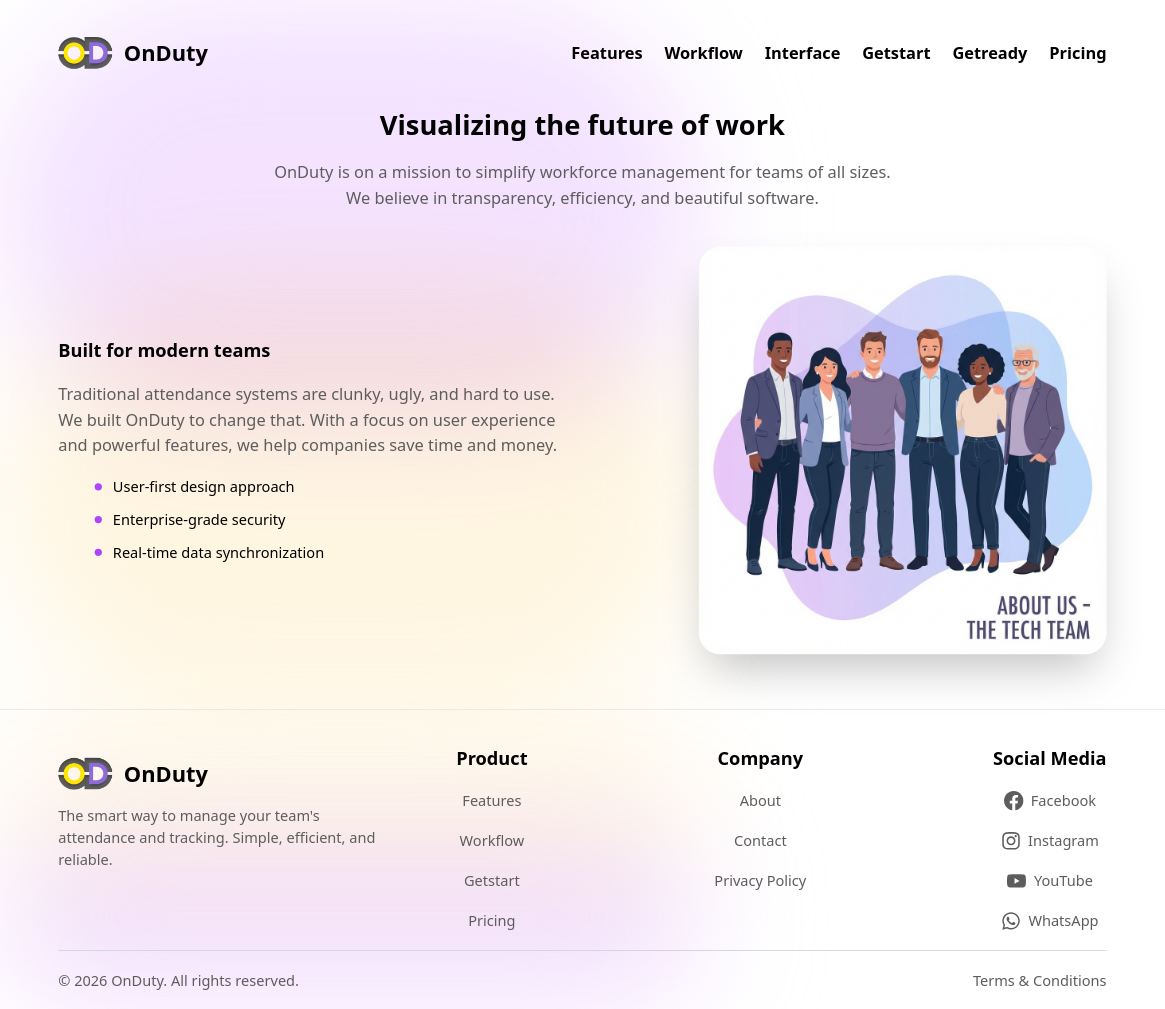
Repository: shekharzorin/ONDUTY-V1
Page: /about
An editor plug-in stored every save of this project. The page is shown before and after the next save, followed by the edit.
The browser window is 1280 px wide. The pictures show the whole page, at 91% of full size.
The project was rebuilt for these pictures with package versions that can differ from the ones it lists, and the page was loaded fresh each time. The framework's server and built-in components were replaced by stand-ins that run in the browser. Also part of the build but not shown: next.config.mjs, vite.config.js, app/components/ui/Crossicon.tsx.

Above is the page before, as saved 2026-01-17 16:48:37.

### app/layout.tsx
import type { Metadata } from "next";
import { Geist, Geist_Mono } from "next/font/google";
import "./globals.css";
import Navbar from "./components/header/Navbar";

const geistSans = Geist({
  variable: "--font-geist-sans",
  subsets: ["latin"],
});

const geistMono = Geist_Mono({
  variable: "--font-geist-mono",
  subsets: ["latin"],
});

export const metadata: Metadata = {
  title: "Create Next App",
  description: "Generated by create next app",
};

export default function RootLayout({
  children,
}: Readonly<{
  children: React.ReactNode;
}>) {
  return (
    <html lang="en">
      <body
        className={`${geistSans.variable} ${geistMono.variable} antialiased`}
      >
        <Navbar />
        {children}
      </body>
    </html>
  );
}

### app/about/page.tsx
import Footer from "../components/footer/footer";
import About from "../components/sections/about";

const page = () => {
  return (
    <div className="flex flex-col items-center justify-center">
      <About />
      <Footer />
    </div>
  );
};

export default page;

### app/globals.css
@import "tailwindcss";

:root {
  --color-primary: #8d6bdc;
  --color-secondary: #e0d4ff;
  --color-bg: #efefef;
  --color-sidebar: #ffffff;
  --color-gray: #5d5d5d;
}

html {
  scroll-behavior: smooth;
}




.flip-card {
  perspective: 1000px;
}

.flip-card-inner {
  transform-style: preserve-3d;
}

.flip-card-front,
.flip-card-back {
  position: absolute;
  width:auto;
  height:auto;
  backface-visibility: hidden;
}

.flip-card-back {
  transform: rotateY(180deg);
}

### app/components/header/Navbar.tsx
"use client";

import Logo from "@/public/images/od_logo.png";
import Image from "next/image";
import Link from "next/link";
import { usePathname } from "next/navigation";
import { useEffect, useState } from "react";
import { MdMenu } from "react-icons/md";
import { motion, AnimatePresence } from "framer-motion";
import { useRouter } from "next/navigation";
import Crossicon from "../ui/Crossicon";

export const navLinks = [
  { name: "Features", id: "features" },
  { name: "Workflow", id: "workflow" },
  { name: "Interface", id: "interface" },
  { name: "Getstart", id: "getstart" },
  { name: "Getready", id: "getready" },
  { name: "Pricing", path: "/pricing/" },
];

const Navbar = () => {
  const pathname = usePathname();
  const [isScrolled, setIsScrolled] = useState(false);
  const [isNavOpen, setIsNavOpen] = useState(false);
  const router = useRouter();
  const [activeSection, setActiveSection] = useState<string | null>(null);

  const handleScrollNav = (id: string) => {
    setActiveSection(id);
    router.push(`/#${id}`);
  };

  useEffect(() => {
    if (pathname !== "/") {
      setActiveSection(null);
    }
  }, [pathname]);

  useEffect(() => {
    if (pathname !== "/") return;
    const hash = window.location.hash.replace("#", "");
    if (hash) {
      setActiveSection(hash);
    } else {
      setActiveSection("features");
    }
  }, [pathname]);

  useEffect(() => {
    const handleScroll = () => setIsScrolled(window.scrollY > 20);
    window.addEventListener("scroll", handleScroll);
    return () => window.removeEventListener("scroll", handleScroll);
  }, []);

  useEffect(() => {
    if (isNavOpen) {
      document.body.style.overflow = "hidden";
    } else {
      document.body.style.overflow = "";
    }
    return () => {
      document.body.style.overflow = "";
    };
  }, [isNavOpen]);

  useEffect(() => {
    if (pathname !== "/") return;

    const sections = [
      "features",
      "workflow",
      "interface",
      "getready",
      "getstart",
    ];
    let locked = true;

    const unlock = () => (locked = false);
    window.addEventListener("scroll", unlock, { once: true });

    const observer = new IntersectionObserver(
      (entries) => {
        if (locked) return;

        entries.forEach((entry) => {
          if (entry.isIntersecting) {
            const id = entry.target.id;

            // 1️⃣ Update active state
            setActiveSection(id);

            // 2️⃣ Update URL hash WITHOUT navigation
            router.replace(`/#${id}`, { scroll: false });
          }
        });
      },
      {
        rootMargin: "-45% 0px -45% 0px",
        threshold: 0,
      }
    );

    sections.forEach((id) => {
      const el = document.getElementById(id);
      if (el) observer.observe(el);
    });

    return () => observer.disconnect();
  }, [pathname, router]);

  return (
    <header
      className={`fixed top-0 left-0 right-0 z-50 border-b transition-all ${
        isScrolled
          ? "bg-transparent backdrop-blur-md border-white shadow-lg py-0"
          : "bg-transparent border-transparent py-5"
      }`}
    >
      <div className="mx-auto w-full px-4 sm:px-6 md:px-8 lg:px-12 xl:px-16 2xl:px-24 max-w-384 py-2 flex items-center justify-between">
        <div className="flex gap-2 lg:gap-3 items-center">
          <Image
            src={Logo}
            alt="Onduty Logo"
            height={60}
            width={60}
            className="flex h-10 w-10 md:h-12 md:w-12 lg:h-15 lg:w-15"
          />
          <h1 className="text-2xl lg:text-2xl font-bold">OnDuty</h1>
        </div>

        {/* Desktop Navbar */}
        <nav className="hidden lg:flex gap-6">
          {navLinks.map((item) => {
            // SCROLL ITEM
            if (item.id) {
              return (
                <button
                  key={item.id}
                  onClick={() => handleScrollNav(item.id)}
                  className={`relative lg:font-semibold xl:font-bold text-lg transition-colors duration-300
                    after:absolute after:left-0 after:-bottom-1 after:h-1
                    after:rounded-full after:bg-(--color-primary)
                    after:transition-all after:duration-300
                    ${
                      activeSection === item.id && pathname === "/"
                        ? "text-(--color-primary)"
                        : "after:w-0 hover:after:w-full"
                    }
                  `}
                >
                  {item.name}
                </button>
              );
            }

            // ROUTE ITEM
            const isActive = pathname === item.path;

            return (
              <Link
                key={item.path}
                href={item.path!}
                className={`relative lg:font-semibold xl:font-bold text-lg transition-colors duration-300
                  after:absolute after:left-0 after:-bottom-1 after:h-1
                  after:rounded-full after:bg-(--color-primary)
                  after:transition-all after:duration-300
                  ${
                    isActive
                      ? "text-(--color-primary)"
                      : "after:w-0 hover:after:w-full"
                  }
                `}
              >
                {item.name}
              </Link>
            );
          })}
        </nav>

        <div className="lg:hidden gap-3">
          <div
            onClick={() => setIsNavOpen(true)}
            className="flex p-1 lg:hidden bg-(--color-secondary) rounded-full border-white border justify-center items-center"
          >
            <MdMenu size={28} className="opacity-10 animate-pulse" />
          </div>

          <AnimatePresence>
            {isNavOpen && (
              <motion.div
                className="fixed inset-0 backdrop-blur-sm bg-black/30 flex justify-end h-screen"
                initial={{ opacity: 0 }}
                animate={{ opacity: 1 }}
                exit={{ opacity: 1 }}
                transition={{ duration: 0.6 }}
              >
                {/* Drawer */}
                <motion.div
                  className="relative w-[70%] md:w-[60%] bg-(--color-sidebar) h-full flex items-center"
                  initial={{ x: "100%" }}
                  animate={{ x: 0 }}
                  exit={{ x: "100%" }}
                  onClick={(e: any) => e.stopPropagation()}
                  transition={{
                    duration: 0.35,
                    ease: "easeInOut",
                  }}
                >
                  {/* Close button */}
                  <div className="flex absolute top-7.25 right-4 md:right-8 lg:hidden z-20 ">
                    <Crossicon onClick={() => setIsNavOpen(false)} />
                  </div>

                  {/* Mobile Navbar */}
                  <nav className="flex flex-col gap-10 p-10 mt-10 w-full">
                    {navLinks.map((item) => {
                      if (item.id) {
                        return (
                          <button
                            key={item.id}
                            onClick={() => {
                              handleScrollNav(item.id);
                              setIsNavOpen(false);
                            }}
                            className={`py-2 w-full relative text-lg font-semibold md:font-bold text-left transition-colors
                              ${
                                activeSection === item.id && pathname === "/"
                                  ? "text-(--color-primary)"
                                  : "text-black/80 hover:text-(--color-primary)"
                              }
                            `}
                          >
                            {item.name}
                          </button>
                        );
                      }

                      const isActive = pathname === item.path;

                      return (
                        <Link
                          key={item.path}
                          href={item.path!}
                          onClick={() => setIsNavOpen(false)}
                          className={`relative text-lg font-semibold md:font-bold py-2
                            ${isActive ? "text-(--color-primary)" : ""}
                          `}
                        >
                          {item.name}
                        </Link>
                      );
                    })}
                  </nav>
                </motion.div>
              </motion.div>
            )}
          </AnimatePresence>
        </div>
      </div>
    </header>
  );
};

export default Navbar;

### app/components/footer/footer.tsx
import Image from "next/image";
import Logo from "@/public/images/od_logo.png";
import Link from "next/link";
import { FaFacebook, FaInstagram, FaWhatsapp, FaYoutube } from "react-icons/fa";
import { ReactNode } from "react";

type FooterLink = {
  label: string;
  href: string;
  external?: boolean;
  icon?: ReactNode;
};

type FooterSection = {
  title: string;
  links: FooterLink[];
};

const footerLinks: FooterSection[] = [
  {
    title: "Product",
    links: [
      { label: "Features", href: "/#features" },
      { label: "Workflow", href: "/#workflow" },
      { label: "Getstart", href: "/#getstart" },
      { label: "Pricing", href: "/pricing/" },
    ],
  },
  {
    title: "Company",
    links: [
      { label: "About", href: "/about" },
      { label: "Contact", href: "/contact" },
      { label: "Privacy Policy", href: "/privacy&policy" },
    ],
  },
  {
    title: "Social Media",
    links: [
      {
        label: "Facebook",
        href: "https://www.facebook.com",
        external: true,
        icon: <FaFacebook size={22} />,
      },
      {
        label: "Instagram",
        href: "https://www.instagram.com",
        external: true,
        icon: <FaInstagram size={22} />,
      },
      {
        label: "YouTube",
        href: "https://www.youtube.com",
        external: true,
        icon: <FaYoutube size={22} />,
      },
      {
        label: "WhatsApp",
        href: "https://www.whatsapp.com",
        external: true,
        icon: <FaWhatsapp size={22} />,
      },
    ],
  },
];

const Footer = () => {
  return (
    <section
      id="footer"
      className="relative px-4 sm:px-6 md:px-8 lg:px-12 xl:px-16 2xl:px-24 max-w-384 w-full border-t border-gray-200"
    >
      {/* Background flare */}
      <div className="absolute top-0 left-1/2 -translate-x-1/2 w-full h-full max-w-7xl pointer-events-none -z-10">
        <div className="absolute bottom-0 w-[60%] h-[60%] bg-[#eccfff] rounded-full blur-3xl opacity-60 mix-blend-multiply filter" />
        <div className="absolute top-0 w-[60%] h-[60%] bg-[#fff4da] rounded-full blur-3xl opacity-60 mix-blend-multiply filter" />
      </div>

      <div className="flex flex-col pt-3 lg:pt-10 lg:flex-row lg:justify-between gap-5 lg:gap-20">
        <div className="flex flex-col gap-1 w-full lg:w-[50%]">
          <div className="flex gap-2 lg:gap-3 items-center">
            <Image
              src={Logo}
              alt="Onduty Logo"
              height={60}
              width={60}
              className="flex h-10 w-10 md:h-12 md:w-12 lg:h-15 lg:w-15"
            />
            <h1 className="text-2xl lg:text-2xl font-bold">OnDuty</h1>
          </div>
          <p className="text-(--color-gray)">
            The smart way to manage your team's attendance and tracking. Simple,
            efficient, and reliable.
          </p>
        </div>

        <div className="flex flex-wrap text-(--color-gray) justify-between w-full gap-5 lg:px-0 text-center">
          {footerLinks.map((section) => (
            <div key={section.title} className="flex flex-col gap-5">
              <p className="text-black text-lg lg:text-xl font-semibold">
                {section.title}
              </p>

              {section.links.map((link) => (
                <Link
                  key={link.label}
                  href={link.href}
                  target={link.external === true ? "_blank" : undefined}
                  rel={
                    link.external === true ? "noopener noreferrer" : undefined
                  }
                  className="hover:text-(--color-primary) transition"
                >
                  <p className="flex items-center gap-2 justify-center">
                    {link.icon}
                    {link.label}
                  </p>
                </Link>
              ))}
            </div>
          ))}
        </div>
      </div>

      <hr className="text-gray-300 mt-5" />
      <div className="text-(--color-gray) flex flex-col md:flex-row md:justify-between gap-5 my-5">
        <p>© 2026 OnDuty. All rights reserved.</p>
        <Link href="#">
          <p>Terms & Conditions</p>
        </Link>
      </div>
    </section>
  );
};

export default Footer;

### app/components/sections/about.tsx
import team from "@/public/images/team.png";
import Image from "next/image";

const About = () => {
  return (
    <section className="relative px-4 sm:px-6 md:px-8 lg:px-12 xl:px-16 2xl:px-24 max-w-384 mx-auto">
      {/* Background flare */}
      <div className="absolute top-0 left-1/2 -translate-x-1/2 w-full h-full max-w-7xl pointer-events-none -z-10">
        <div className="absolute top-0 w-[60%] h-[60%] bg-[#eccfff] rounded-full blur-3xl opacity-60 mix-blend-multiply filter" />
        <div className="absolute bottom-0 w-[60%] h-[60%] bg-[#fff0cd] rounded-full blur-3xl opacity-60 mix-blend-multiply filter" />
      </div>

      <div className="flex flex-col gap-10 mb-15">
        <div className="flex flex-col items-center justify-center mt-30 text-center gap-5">
          <p className="text-2xl lg:text-3xl font-bold leading-[1.15]">
            Visualizing the future of work
          </p>
          <p className="md:text-lg text-(--color-gray)">
            OnDuty is on a mission to simplify workforce management for teams of
            all sizes. <br />
            We believe in transparency, efficiency, and beautiful software.
          </p>
        </div>

        <div className="flex flex-col lg:flex-row items-center justify-center lg:justify-between gap-10">
          <div className="flex flex-col gap-5 text-center lg:text-start">
            <p className="font-bold text-xl">Built for modern teams</p>

            <p className="text-balance md:text-lg text-(--color-gray)">
              Traditional attendance systems are clunky, ugly, and hard to use.
              We built OnDuty to change that. With a focus on user experience
              and powerful features, we help companies save time and money.
            </p>

            <div className="flex items-center justify-center lg:justify-start lg:pl-10">
              <ul className="space-y-3 flex flex-col items-start justify-center">
                <li className="flex items-start gap-3">
                  <span className="mt-2 w-2 h-2 rounded-full bg-purple-500"></span>
                  <span>User-first design approach</span>
                </li>

                <li className="flex items-start gap-3">
                  <span className="mt-2 w-2 h-2 rounded-full bg-purple-500"></span>
                  <span>Enterprise-grade security</span>
                </li>

                <li className="flex items-start gap-3">
                  <span className="mt-2 w-2 h-2 rounded-full bg-purple-500"></span>
                  <span>Real-time data synchronization</span>
                </li>
              </ul>
            </div>
          </div>

          <Image
            src={team}
            alt="Team Image"
            height={300}
            width={300}
            className="relative rounded-3xl shadow-2xl md:w-sm xl:w-md"
          />
        </div>
      </div>
    </section>
  );
};

export default About;

After the next save:
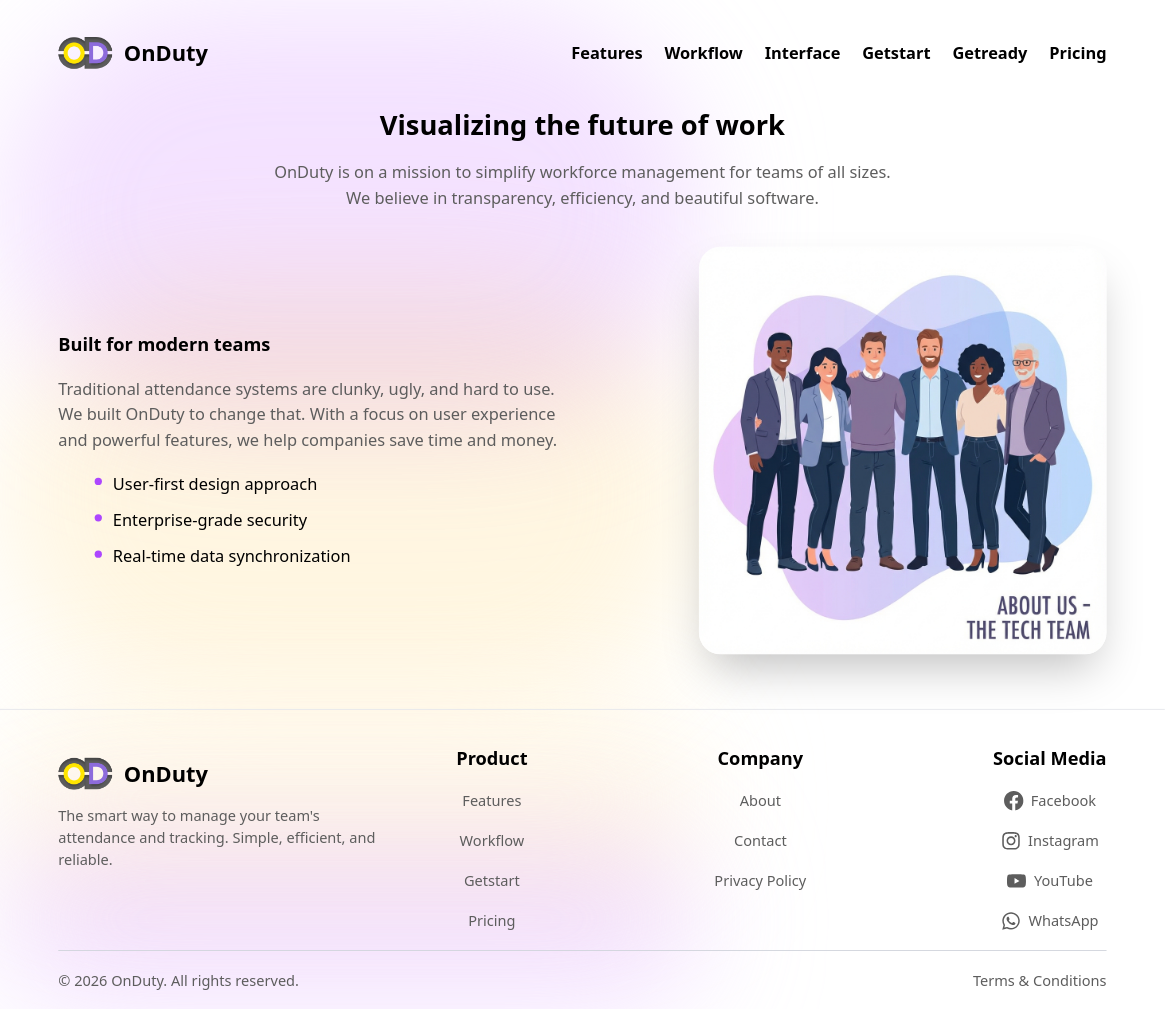
Saved 2 min 1 s later.
--- a/app/components/sections/about.tsx
+++ b/app/components/sections/about.tsx
@@ -33,7 +33,7 @@ const About = () => {
             </p>
 
             <div className="flex items-center justify-center lg:justify-start lg:pl-10">
-              <ul className="space-y-3 flex flex-col items-start justify-center">
+              <ul className="space-y-3 flex flex-col items-start justify-center md:text-lg">
                 <li className="flex items-start gap-3">
                   <span className="mt-2 w-2 h-2 rounded-full bg-purple-500"></span>
                   <span>User-first design approach</span>
